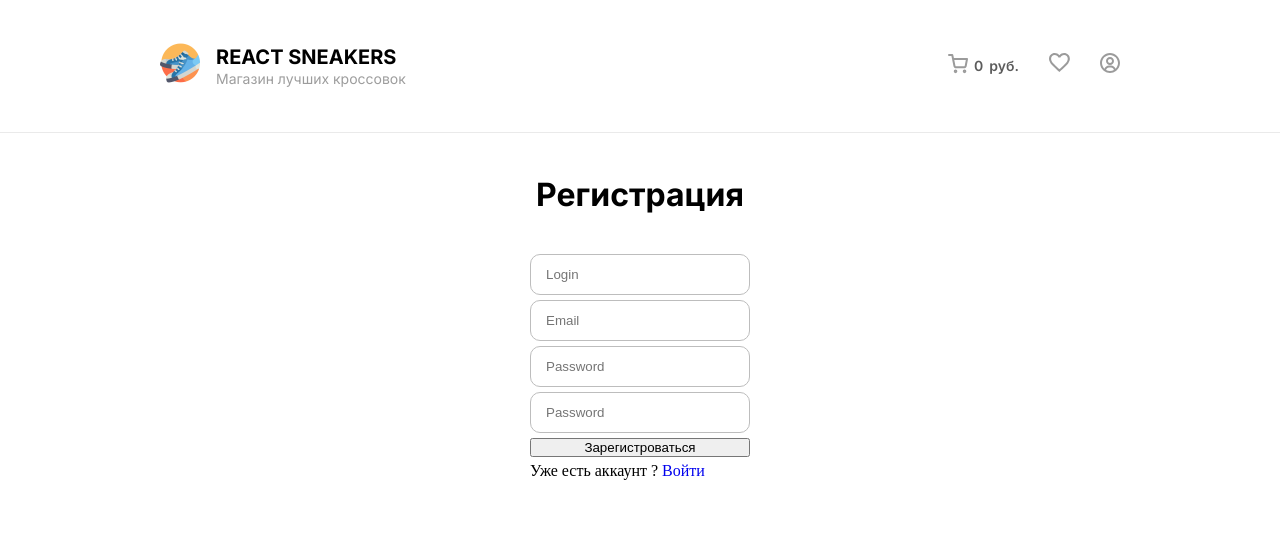
Repository: maxbirimkulov/sneakers20
Page: src/pages/register.html
These files come from the project's save history. The page is drawn as it stood at one moment and after the next save; the edit follows.
The browser window is 1280 px wide. The pictures show the whole page.
The style sheet was rebuilt from its Sass, Less or Tailwind sources for each picture, by a compiler version that may differ from the author's.

Above is the page before, as saved 2022-11-12 20:51:24.

After the next save:
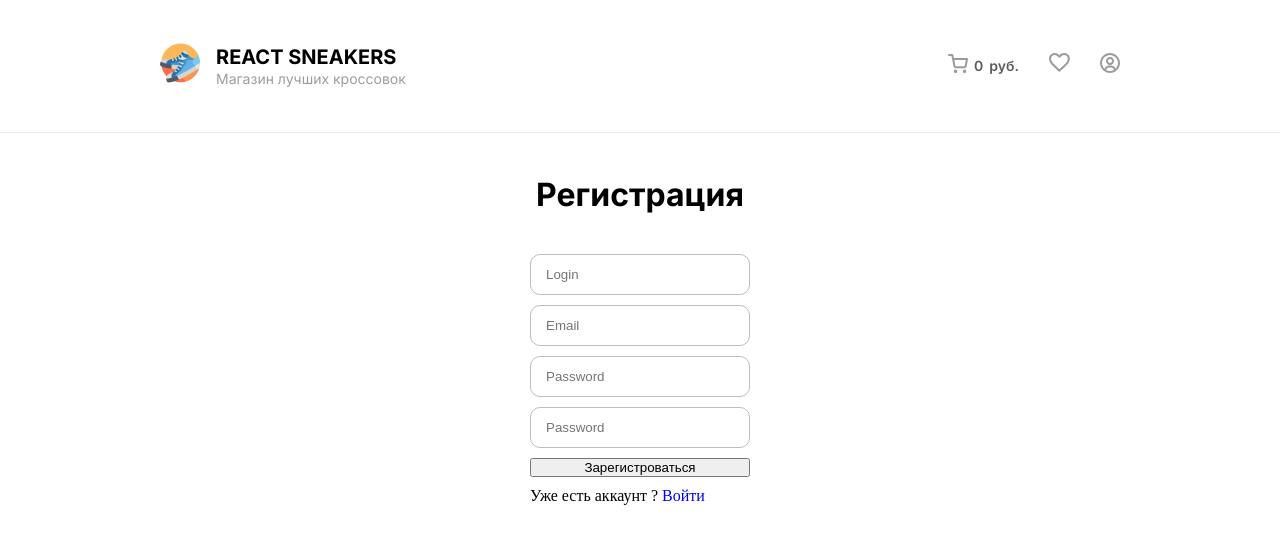
Saved 10 s later.
--- a/src/css/_register.scss
+++ b/src/css/_register.scss
@@ -10,7 +10,7 @@
     flex-direction: column;
     justify-content: center;
     max-width: 220px;
-    gap: 5px;
+    gap: 10px;
   }
   &__input {
     padding: 12px 15px;
